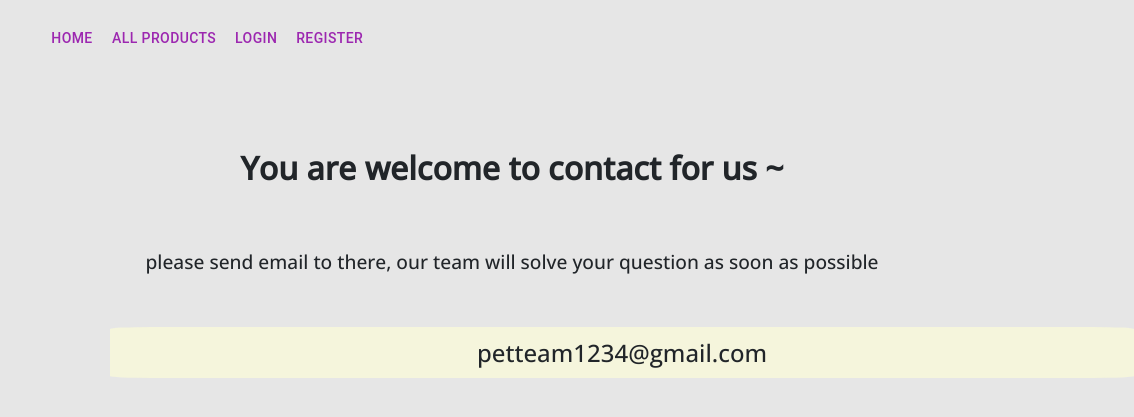
Repository: dzwfighting/pet
Page: /contact
These files come from the project's save history. The page is drawn as it stood at one moment and after the next save; the edit follows.
The browser window is 1024 px wide. The page is 1134 px wide, then 1024 px, so the pictures cover 1134 px, including what lies to the right of the window. The pictures show the whole page.
The project was rebuilt for these pictures with package versions that can differ from the ones it lists, and the page was loaded fresh each time. Also part of the build but not shown: src/components/homeComponent.js, src/components/Layout.js, src/components/checkoutComponent.js, src/fake-data/products.js, src/styles/css/cart.css, src/components/ShopCartComponent.js, src/components/productsDetail.js, src/manipulate/checkValid.js and 10 more.

Above is the page before, as saved 2023-08-20 10:19:49.

### src/index.js
import React from "react";
import ReactDOM from "react-dom/client";
import "./index.css";
import App from "./App";
import { Provider } from "react-redux";
import store from "./manipulate/store";
import reportWebVitals from "./reportWebVitals";

const root = ReactDOM.createRoot(document.getElementById("root"));
root.render(
  <Provider store={store}>
    <React.StrictMode>
      <App />
    </React.StrictMode>
  </Provider>
);

// If you want to start measuring performance in your app, pass a function
// to log results (for example: reportWebVitals(console.log))
// or send to an analytics endpoint. Learn more: https://bit.ly/CRA-vitals
reportWebVitals();

### src/App.js
import "./App.css";
import { BrowserRouter, Routes, Route } from "react-router-dom";
import Layout from "./components/Layout";
import Checkout from "./components/checkoutComponent";
import ShopCart from "./components/ShopCartComponent";
import ProductsDetail from "./components/productsDetail";
import Register from "./components/Register";
import Login from "./components/Login";
import Error from "./components/Error";
import Collections from "./components/Collections";
import Contactus from "./components/Contactus";
import Products from "./components/Products";

function App() {
  return (
    <BrowserRouter>
      <Routes>
        <Route path="/" element={<Layout />} />
        <Route path="checkout" element={<Checkout />} />
        <Route path="shopcart" element={<ShopCart />} />
        <Route path="contact" element={<Contactus />} />
        <Route path="products" element={<Products />} />
        <Route path="products/:id" element={<ProductsDetail />} />
        <Route path="register" element={<Register />} />
        <Route path="login" element={<Login />} />
        <Route path="error/:message" element={<Error />} />
        <Route path="collections" element={<Collections />} />
      </Routes>
    </BrowserRouter>
  );
}

export default App;

### src/manipulate/store.js
import { createStore } from "redux";
import rootReducer from "./reducer";

export default createStore(rootReducer);

### src/components/Contactus.js
import React from "react";
import NavComponent from "./navComponent";
import Container from "react-bootstrap/Container";
import Row from "react-bootstrap/Row";
import Col from "react-bootstrap/Col";
import "../styles/css/contact.css";
import cat11 from "../styles/images/cat11-removebg-preview.png";

const Contactus = () => {
  return (
    <div>
      <NavComponent />
      <div className="contactContainerSet">
        <h3>You are welcome to contact for us ~</h3>
        <p>
          please send email to there, our team will solve your question as soon
          as possible
        </p>
        <div className="emailBlock">petteam1234@gmail.com</div>
      </div>
    </div>
  );
};

export default Contactus;

### src/manipulate/reducer.js
import users from "../fake-data/users";

const initialState = {
  curUser: null,
  // cartItems: [],
  // totalQuantity: 0,
  // totalAmount: 0,
  // collectItems: [],
};

const rootReducer = (state = initialState, action) => {
  switch (action.type) {
    case "LOGIN":
      return {
        ...state,
        curUser: action.payload,
      };
    case "LOGOUT":
      return {
        ...state,
        curUser: null,
      };
    case "REGISTER":
      users.push(action.payload);
      return {
        ...state,
        curUser: action.payload,
      };
    // case "ADDCART":
    //   const newItem = action.payload;
    //   const existItem = state.cartItems.find((item) => item.id === newItem.id);
    //   state.totalQuantity++;
    //   if (!existItem) {
    //     state.cartItems.push({
    //       id: newItem.id,
    //       title: newItem.title,
    //       iamge: newItem.image,
    //       price: newItem.price,
    //       quantity: 1,
    //       totalPrice: newItem.price,
    //     });
    //   } else {
    //     existItem.quantity++;
    //     existItem.totalPrice =
    //       Number(existItem.totalPrice) + Number(newItem.price);
    //   }

    //   state.totalAmount = state.cartItems.reduce(
    //     (total, item) => total + Number(item.price) * Number(item.quantity),
    //     0
    //   );
  }
  return state;
};
export default rootReducer;

### src/components/navComponent.js
import React, { useEffect } from "react";
import { Link, useNavigate } from "react-router-dom";
import Button from "@mui/material/Button";
import { useDispatch, useSelector } from "react-redux";
import { logout } from "../manipulate/action";

const NavComponent = () => {
  const curUser = useSelector((state) => state.curUser);
  const dispatch = useDispatch();
  const navigate = useNavigate();

  const handleLogout = () => {
    dispatch(logout());
    navigate("/");
  };

  // console.log(curUser);

  return (
    <div style={{ marginLeft: "40px", marginTop: "20px", marginRight: "40px" }}>
      <Link to="/" style={{ textDecoration: "none" }}>
        <Button color="secondary">Home</Button>
      </Link>

      <Link
        to="/products"
        state={{ category: "all" }}
        style={{ textDecoration: "none" }}
      >
        <Button color="secondary">All Products</Button>
      </Link>
      {curUser ? (
        <Link to="/shopcart" style={{ textDecoration: "none" }}>
          <Button color="secondary">Shop Cart</Button>
        </Link>
      ) : (
        <a />
      )}
      {curUser ? (
        <Link to="/collections" style={{ textDecoration: "none" }}>
          <Button color="secondary">Collections</Button>
        </Link>
      ) : (
        <a />
      )}
      {/* {curUser ? (
        <Link to="/checkout" style={{ textDecoration: "none" }}>
          <Button color="secondary">Check Out </Button>
        </Link>
      ) : (
        <a />
      )} */}
      {curUser ? (
        <Button color="secondary" onClick={handleLogout}>
          Logout
        </Button>
      ) : (
        <Link to="/login" style={{ textDecoration: "none" }}>
          <Button color="secondary">Login</Button>
        </Link>
      )}
      {curUser ? (
        <a />
      ) : (
        <Link to="/register" style={{ textDecoration: "none" }}>
          <Button color="secondary">Register</Button>
        </Link>
      )}
    </div>
  );
};

export default NavComponent;

### src/fake-data/users.js
let users = [
  {
    email: "user1@gmail.com",
    password: "123456",
    collections: ["11"],
    cart: [{ proId: "11", cnt: "2" }],
    uploads: [
      "https://images.unsplash.com/photo-1526336024174-e58f5cdd8e13?ixlib=rb-4.0.3&ixid=M3wxMjA3fDB8MHxwaG90by1wYWdlfHx8fGVufDB8fHx8fA%3D%3D&auto=format&fit=crop&w=1887&q=80",
    ],
  },
  {
    email: "user2@gmail.com",
    password: "123456",
    collections: ["12", "13"],
    cart: [
      { proId: "12", cnt: "1" },
      { proId: "13", cnt: "2" },
    ],
    uploads: [
      "https://images.unsplash.com/photo-1526336024174-e58f5cdd8e13?ixlib=rb-4.0.3&ixid=M3wxMjA3fDB8MHxwaG90by1wYWdlfHx8fGVufDB8fHx8fA%3D%3D&auto=format&fit=crop&w=1887&q=80",
      "https://images.unsplash.com/photo-1542650507-17d51cecbbb5?ixlib=rb-4.0.3&ixid=M3wxMjA3fDB8MHxwaG90by1wYWdlfHx8fGVufDB8fHx8fA%3D%3D&auto=format&fit=crop&w=1942&q=80",
    ],
  },
];

let findUser = (email) => {
  let userIdx = 0;
  for (let i = 0; i < users.length; i++) {
    if (users[i].email === email) {
      userIdx = i;
      break;
    }
  }
  return userIdx;
};

export const findUserData = (email) => {
  let userIdx = findUser(email);
  return users[userIdx];
};

export let addCollect = (email, collect) => {
  let userIdx = findUser(email);

  // console.log("add succes");
  users[userIdx].collections.push(collect);
  console.log(users[userIdx]);
  return users[userIdx];
};

export let deleteCollect = (email, delId) => {
  let userIdx = findUser(email);

  let delIdx = 0;
  for (let i = 0; i < users[userIdx].collections.length; i++) {
    if (users[userIdx].collections[i] === delId) {
      delIdx = i;
      break;
    }
  }

  users[userIdx].collections.splice(delIdx, 1);
  console.log("del success");
  console.log(users[userIdx].collections);
  return users[userIdx];
};

export let addCart = (email, addId) => {
  let userIdx = findUser(email);
  let ifFind = false;
  for (let i = 0; i < users[userIdx].cart.length; i++) {
    if (users[userIdx].cart[i].proId === addId) {
      ifFind = true;
      users[userIdx].cart[i].cnt = (
        Number(users[userIdx].cart[i].cnt) + 1
      ).toString();
      break;
    }
  }

  if (!ifFind) {
    users[userIdx].cart.push({ proId: addId, cnt: "1" });
  }
  console.log(users[userIdx]);
  return users[userIdx];
};

export const delCart = (email, delId) => {
  let userIdx = findUser(email);
  for (let i = 0; i < users[userIdx].cart.length; i++) {
    if (users[userIdx].cart[i].proId === delId) {
      users[userIdx].cart.splice(i, 1);
      break;
    }
  }
  console.log(users[userIdx]);
  return users[userIdx];
};

export const delOnePro = (email, delId) => {
  let userIdx = findUser(email);
  console.log(delId);
  console.log(users[userIdx]);
  for (let i = 0; i < users[userIdx].cart.length; i++) {
    if (users[userIdx].cart[i].proId === delId) {
      console.log("start delete");
      let delOne = Number(users[userIdx].cart[i].cnt) - 1;
      console.log(delOne);
      if (delOne == 0) {
        delCart(email, delId);
        break;
      } else {
        users[userIdx].cart[i].cnt = delOne.toString();
        break;
      }
    }
  }
  console.log(users[userIdx]);
  return users[userIdx];
};
export default users;

### src/styles/css/prodetail.css
@import url("https://fonts.googleapis.com/css2?family=Open+Sans:wght@500&display=swap");
.detailcard {
  display: flex;
  position: relative;
  font-family: "Open Sans", sans-serif;
  width: 100vw;
  left: 1vw;
  right: 1vw;
}
.detailcardimg {
  width: 25vw;
  height: 40vw;
}
.detailcontent {
  width: 66vw;
}
.detailcontent h2 {
  margin-bottom: 1vw;
}
.detailcontent p {
  margin-left: 1vw;
  text-align: left;
  padding-right: 1vw;
  padding-bottom: 1vw;
  width: 66vw;
  font-size: 1rem;
}

@media screen and (min-width: 1105px) {
  .detailcardimg {
    width: 300px;
    height: 380px;
  }
  .detailfinalBtn {
    margin-top: -5px;
  }
}

@media screen and (min-width: 917px) and (max-width: 1105px) {
  .detailcardimg {
    width: 28vw;
    height: 450px;
  }
  .detailcontent {
    width: 27vw;
  }
  .detailcontent h2 {
    font-size: 1rem;
  }
  .detailcontent p {
    font-size: 0.8rem;
  }
  .detailfinalBtn {
    margin-top: 5px;
  }
}

@media screen and (min-width: 771px) and (max-width: 917px) {
  /* .detailcardimg {
    width: 28vw;
    height: 45vw;
  } */
  .detailcontent h2 {
    margin-bottom: 5px;
    font-size: 1rem;
  }
  .detailcontent p {
    margin-left: 5px;
    padding-right: 5px;
    padding-bottom: 0px;
    width: 66vw;
    font-size: 0.7rem;
  }
}
@media screen and (min-width: 615px) and (max-width: 771px) {
  .detailcardimg {
    width: 20vw;
    height: 30vw;
  }
  .detailcontent h2 {
    margin-bottom: 5px;
    font-size: 0.9rem;
  }
  .detailcontent p {
    margin-left: 5px;
    padding-right: 0;
    padding-bottom: 0px;
    width: 66vw;
    font-size: 0.5rem;
  }
}
@media screen and (min-width: 480px) and (max-width: 615px) {
  .detailcard {
    display: block;
  }
  .detailcardimg {
    position: relative;
    left: 2%;
    width: 25vw;
    height: 35vw;
  }
  .detailcontent {
    width: 95vw;
  }
  .detailcontent h2 {
    width: 95vw;
    margin-left: 0;
    margin-bottom: 2px;
    font-size: 0.9rem;
  }
  .detailcontent p {
    margin-left: 2px;
    padding-right: 0;
    padding-bottom: 0px;
    width: 90vw;
    font-size: 0.7rem;
  }
  .detailfinalBtn {
    font-size: 0.7rem;
  }
}
@media screen and (min-width: 200px) and (max-width: 480px) {
  .detailcard {
    display: block;
  }
  .detailcardimg {
    position: relative;
    left: 2%;
    width: 25vw;
    height: 35vw;
  }
  .detailcontent {
    width: 95vw;
  }
  .detailcontent h2 {
    width: 90vw;
    margin-left: 0;
    margin-bottom: 2px;
    font-size: 0.9rem;
  }
  .detailcontent p {
    margin-left: 2px;
    padding-right: 0;
    padding-bottom: 0px;
    width: 90vw;

    font-size: 0.7rem;
  }
  .detailfinalBtn {
    font-size: 0.7rem;
  }
}

### src/manipulate/action.js
export const login = (user) => ({
  type: "LOGIN",
  payload: user,
});

export const logout = () => ({
  type: "LOGOUT",
});

export const register = (newUser) => ({
  type: "REGISTER",
  payload: newUser,
});

// export const addToCart = (item) => ({
//   type: "ADDTOCART",
//   payload: item,
// });

// export const deleteFromCard = (item) => ({
//   typeof: "DELETEFROMCART",
//   payload: item,
// });

// export const addToCollect = (item) => ({
//   type: "ADDTOCOLLECT",
//   payload: item,
// });

// export const deleteFromColllect = (item) => ({
//   type: "DELETEFROMCOLLECT",
//   payload: item,
// });

### src/styles/css/login.css
@import url("https://fonts.googleapis.com/css2?family=Open+Sans:wght@500&display=swap");
.formSet {
  display: flex;
  margin-left: 5%;
  align-items: center;
  font-family: "Open Sans", sans-serif;
}
.lableSet {
  font-size: 2rem;
}

.inputSet {
  font-size: 1rem;
  width: 800px;
}

.loginbtnSet {
  align-items: center;
  justify-content: center;
  width: 100px;
  height: 40px;
  /* font-size: 1.1rem; */
}
.pSet {
  font-size: 1.2rem;
}

@media screen and (min-width: 1025px) {
  .formSet {
    display: flex;
    margin-left: 5%;
    align-items: center;
    font-family: "Open Sans", sans-serif;
  }
  .lableSet {
    font-size: 2rem;
  }

  .inputSet {
    text-align: left;
    font-size: 1rem;
    width: 600px !important;
  }
  .loginbtnSet {
    height: 35px !important;
  }

  .regSet {
    width: 100px !important;
    padding-top: 6px;
    height: 37px !important;
  }
  .loginbtnSet p {
    width: 70px;
  }
  .pSet {
    font-size: 1.2rem !important;
  }
}
@media screen and (min-width: 769px) and (max-width: 1024px) {
  .formSet {
    display: flex;
    margin-left: 5%;
    align-items: center;
    font-family: "Open Sans", sans-serif;
  }
  .lableSet {
    font-size: 1.5rem;
  }
  .inputSet {
    font-size: 0.9rem !important;
    width: 700px !important;
  }
  .loginbtnSet {
    width: 65px;
    height: 38px;
    font-size: 0.9rem;
  }

  .regSet {
    width: 80px;
    padding-left: 6px;
    height: 38px;
  }
  .regSet p {
    margin-left: 2px;
    font-size: 0.9rem;
  }
  .pSet {
    font-size: 1rem;
  }
}
@media screen and (min-width: 481px) and (max-width: 768px) {
  .formSet {
    display: flex;
    margin-left: 5%;
    align-items: center;
    font-family: "Open Sans", sans-serif;
  }
  .lableSet {
    font-size: 1.5rem;
  }
  .inputSet {
    font-size: 0.9rem !important;
    width: 700px !important;
  }
  .loginbtnSet {
    width: 70px;
    /* padding-top: 1px;
    padding-left: 21px; */
    height: 38px;
    font-size: 0.9rem;
  }
  .regSet {
    width: 88px;
    /* padding-top: 2px;
    padding-left: 25px; */
    height: 37px;
    font-size: 0.9rem;
  }
}
@media screen and (max-width: 481px) {
  .formSet {
    display: flex;
    margin-left: 5%;
    align-items: center;
    font-family: "Open Sans", sans-serif;
    margin-top: 50px !important;
  }
  .lableSet {
    font-size: 1rem;
  }
  .inputSet {
    font-size: 0.8rem;
    width: 200px;
    height: 40px;
  }
  .loginbtnSet {
    align-items: center;
    justify-content: center;
    width: 56px;
    height: 28px;
    font-size: 0.7rem;
  }
  .pSet {
    font-size: 0.8rem;
  }
  .regSet {
    width: 66px;
    /* padding-left: 16px; */
    height: 30px;
    font-size: 0.7rem;
  }
}

### src/styles/css/contact.css
@import url("https://fonts.googleapis.com/css2?family=Open+Sans:wght@500&display=swap");
.contactContainerSet h3 {
  display: flex;
  justify-content: center;
  align-items: center;
  font-family: "Open Sans", sans-serif;
  margin-top: 9%;
  font-size: 2rem;
  font-weight: 900;
}
.contactContainerSet p {
  text-align: center;
  font-family: "Open Sans", sans-serif;
  margin-top: 6%;
  font-size: 1.5rem;
}

.emailBlock {
  display: flex;
  align-items: center;
  text-align: center;
  justify-content: center;
  font-family: "Open Sans", sans-serif;
  width: 100vw;
  height: 5vw;
  background-color: beige;
  border-radius: 4%;
  font-size: 1.5rem;
  margin-top: 50px;
}

@media screen and (min-width: 769px) and (max-width: 1024px) {
  .contactContainerSet p {
    font-size: 1.2rem;
  }
  .emailBlock {
    border-radius: 4%;
    margin-left: 110px;

    /* margin-top: -33px; */
  }

  .emailP {
    margin-left: 30px;
    margin-bottom: 43px;
    padding-top: 3%;
    font-size: 1.2rem;
  }
}
@media screen and (min-width: 481px) and (max-width: 768px) {
  .contactContainerSet h3 {
    display: flex;
    justify-content: center;
    align-items: center;
    font-family: "Open Sans", sans-serif;
    margin-top: 9%;
    font-size: 1.5rem;
    font-weight: 900;
    margin-left: 5px;
    margin-right: 5px;
  }
  .contactContainerSet {
    display: flex;
    justify-content: center;
    align-items: center;
  }
  .contactContainerSet p {
    display: flex;
    justify-content: center;
    align-items: center;
    text-align: center;
    font-family: "Open Sans", sans-serif;
    width: 450px;
    margin-top: 6%;
    font-size: 1rem;
    /* margin-left: 80px; */
    /* margin-right: 5px; */
  }
  .imgSet {
    width: auto;
    height: 60%;
    margin-top: -45px;
  }
  .emailBlock {
    display: flex;
    justify-content: center;
    align-items: center;
    font-family: "Open Sans", sans-serif;
    width: 300px;
    height: 35px;
    background-color: beige;
    border-radius: 4%;
    margin-left: 60px;
  }
  .emailP {
    margin-left: 10px;
    margin-bottom: 25px;
    padding-top: 3%;
  }
}
@media screen and (max-width: 480px) {
  .contactContainerSet h3 {
    justify-content: center;
    align-items: center;
    font-family: "Open Sans", sans-serif;
    margin-top: 9%;
    font-size: 1.1rem;
    /* font-weight: 900; */
    /* margin-left: 10px;
    margin-right: 10px; */
  }
  .contactContainerSet {
    /* display: flex; */
    justify-content: center;
    align-items: center;
    background-color: white;
    border-radius: 1%;
    width: 90vw;
  }
  .contactContainerSet p {
    width: 300px;
    text-align: center;
    font-family: "Open Sans", sans-serif;
    margin-top: 6%;
    font-size: 1rem;
    /* margin-left: 10px;
    margin-right: 10px; */
  }
  .imgSet {
    width: auto;
    height: 60%;
    margin-top: -35px;
  }
  .emailBlock {
    display: flex;
    justify-content: center;
    align-items: center;
    font-family: "Open Sans", sans-serif;
    width: 250px;
    height: 35px;
    background-color: beige;
    border-radius: 4%;
    margin-left: 20px;
  }
  .emailP {
    margin-left: 10px;
    margin-bottom: 25px;
    padding-top: 5%;
  }
}

### src/styles/css/categories.css
@import url("https://fonts.googleapis.com/css2?family=Open+Sans:wght@500&display=swap");
.cardSet {
  /* margin-left: -18%; */
  position: relative;

  font-family: "Open Sans", sans-serif !important;
  /* margin-right: -20% */
}
.cSet {
  position: relative;
  right: 10%;

  /* width: 100vw; */
  justify-content: center;
}
.imgSet {
  width: 100vw !important;
}
.linkFont {
  font-size: 1.5em;
  margin-top: -50px;
}

@media screen and (min-width: 1025px) {
}
@media screen and (min-width: 769px) and (max-width: 1024px) {
  .cardSet {
    display: flex !important;
    align-items: center !important;
    justify-content: center !important;
    text-align: center !important;
    /* margin-left: -18%; */
  }
  .linkFont {
    font-size: 1.2em;
    margin-top: -50px;
  }
  .imgSet {
    width: 701px !important;
  }
}
@media screen and (min-width: 481px) and (max-width: 768px) {
  .cardSet {
    display: flex !important;
    align-items: center !important;
    justify-content: center !important;
    text-align: center !important;
    margin-left: -16%;
    /* margin-right: -20% */
  }
  .linkFont {
    font-size: 1.2em;
    margin-top: 1px !important;
  }

  .imgSet {
    width: 401px !important;
  }
}
@media screen and (max-width: 480px) {
  .cardSet {
    display: flex !important;
    align-items: center !important;
    justify-content: center !important;
    text-align: center !important;
  }
  .imgSet {
    width: 310px !important;
  }
  .linkFont {
    font-size: 1em;
    margin-top: 10px;
  }
}

Loaded but not shown: public/index.html (common file); src/index.css (common file); src/reportWebVitals.js (common file); src/App.css (common file); src/styles/allproducts.css (no stored copy; drawn as an empty file)

After the next save:
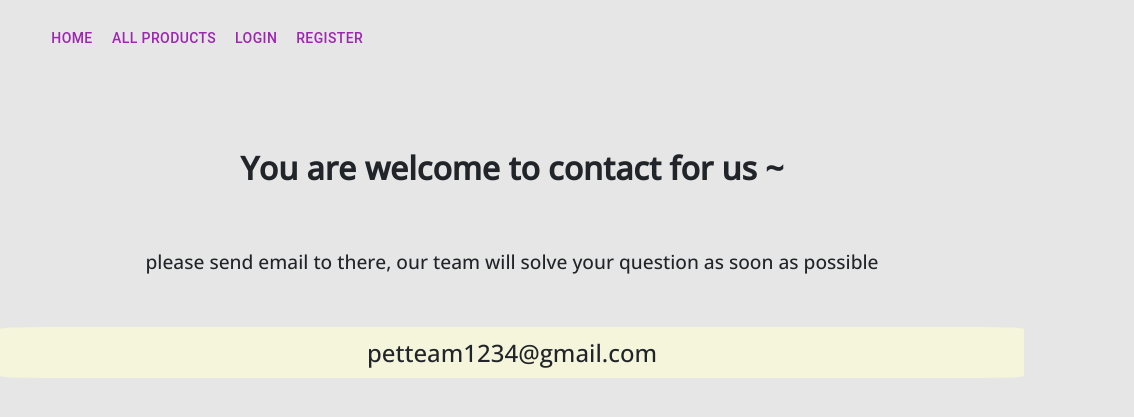
Saved 5 s later.
--- a/src/styles/css/contact.css
+++ b/src/styles/css/contact.css
@@ -34,10 +34,6 @@
     font-size: 1.2rem;
   }
   .emailBlock {
-    border-radius: 4%;
-    margin-left: 110px;
-
-    /* margin-top: -33px; */
   }
 
   .emailP {
